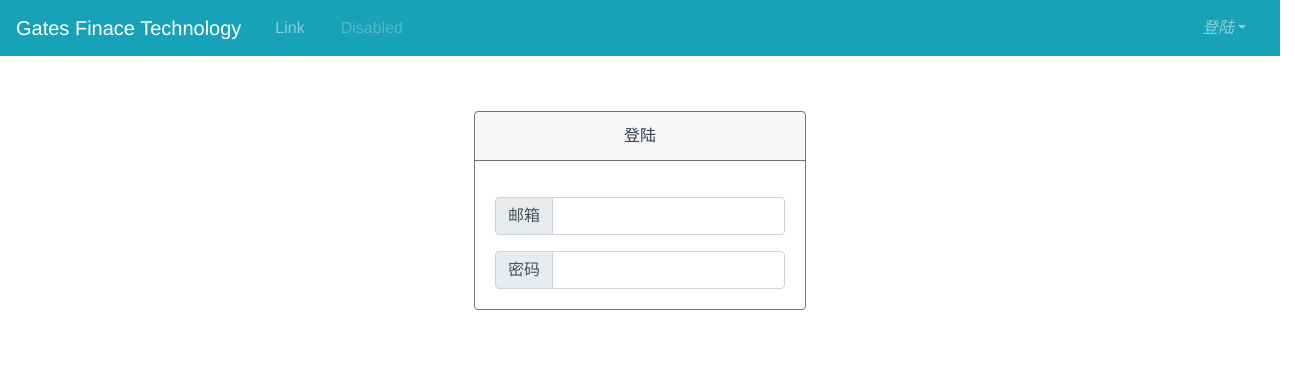
Repository: sqsssq/GatesFinace
Page: /login (app in webview/)
These files come from the project's save history. The page is drawn as it stood at one moment and after the next save; the edit follows.
The browser window is 1280 px wide. The page is 1295 px wide, so the pictures cover 1295 px, including what lies to the right of the window. The pictures show the whole page.
The project was rebuilt for these pictures with package versions that can differ from the ones it lists, and the page was loaded fresh each time. Also part of the build but not shown: webview/src/components/HelloWorld.vue, webview/src/views/Home.vue, webview/src/components/gatesCarousel.vue, webview/src/views/main.vue.

Above is the page before, as saved 2020-11-03 16:59:41.

### webview/public/index.html
<!DOCTYPE html>
<html lang="en">
  <head>
    <meta charset="utf-8">
    <meta http-equiv="X-UA-Compatible" content="IE=edge">
    <meta name="viewport" content="width=device-width,initial-scale=1.0">
    <link rel="icon" href="<%= BASE_URL %>favicon.ico">
    <title><%= htmlWebpackPlugin.options.title %></title>
    <style>
      html, body{ margin:0; height:100%; }
    </style>
  </head>
  <body>
    <noscript>
      <strong>We're sorry but <%= htmlWebpackPlugin.options.title %> doesn't work properly without JavaScript enabled. Please enable it to continue.</strong>
    </noscript>
    <div id="app"></div>
    <!-- built files will be auto injected -->
  </body>
</html>

### webview/src/main.js
import Vue from 'vue'
import App from './App.vue'
import router from './router'
import store from './store'
import ElementUI from 'element-ui'
import 'element-ui/lib/theme-chalk/index.css'
import 'element-ui/lib/theme-chalk/base.css'
import { BootstrapVue, IconsPlugin } from 'bootstrap-vue'
import 'bootstrap/dist/css/bootstrap.css'
import 'bootstrap-vue/dist/bootstrap-vue.css'

Vue.config.productionTip = false
Vue.use(ElementUI);
Vue.use(BootstrapVue);
Vue.use(IconsPlugin);

new Vue({
  router,
  store,
  render: h => h(App)
}).$mount('#app')

### webview/src/App.vue
<template>
  <div id="app">
    <!-- <div id="nav">
      <router-link to="/">Home</router-link> |
      <router-link to="/about">About</router-link>
    </div> -->
    <router-view/>
  </div>
</template>

<style lang="stylus">
#app
  font-family Avenir, Helvetica, Arial, sans-serif
  -webkit-font-smoothing antialiased
  -moz-osx-font-smoothing grayscale
  text-align center
  color #2c3e50
  margin-top 0px
  height 100%
</style>

### webview/src/router/index.js
import Vue from 'vue'
import VueRouter from 'vue-router'
import Home from '../views/Home.vue'
import Main from '../views/main.vue'
import Login from '../views/login.vue'

Vue.use(VueRouter)

const routes = [
  {
    path: '/',
    name: 'Home',
    component: Home
  },
  {
    path: '/about',
    name: 'About',
    // route level code-splitting
    // this generates a separate chunk (about.[hash].js) for this route
    // which is lazy-loaded when the route is visited.
    component: () => import(/* webpackChunkName: "about" */ '../views/About.vue')
  },
  {
    path: '/main',
    name: 'Main',
    component: Main
  },
  {
    path: '/login',
    name: 'Login',
    component: Login
  }
]

const router = new VueRouter({
  mode: 'history',
  base: process.env.BASE_URL,
  routes
})

export default router

### webview/src/views/login.vue
<!--
 * @Author: your name
 * @Date: 2020-11-01 17:40:45
 * @LastEditTime: 2020-11-03 08:31:04
 * @LastEditors: Please set LastEditors
 * @Description: In User Settings Edit
 * @FilePath: \webview\src\views\main.vue
-->
<template>
  <div class="container-fiuled" style="height: 100%;">
    <!-- <img alt="Vue logo" src="../assets/logo.png"> -->
    <!-- <HelloWorld msg="Welcome to Your Vue.js App" style="height:100%"/> -->
    <gatesNavbar />
    <div class="row" style="margin-top: 5px;">
      <div class="col"  style="padding-left: 0px; padding-right: 0px;">
      </div>
      <gatesLogin style="margin-top: 50px;"/>
      <div class="col"  style="padding-left: 0px; padding-right: 0px;">
      </div>
    </div>
  </div>
</template>

<script>
// @ is an alias to /src
import HelloWorld from '@/components/HelloWorld.vue'
import gatesNavbar from '@/components/gatesNavbar.vue'
import gatesLogin from '@/components/gatesLogin.vue'

export default {
  name: 'Home',
  components: {
    gatesNavbar,
    gatesLogin
  }
}
</script>

### webview/src/components/gatesNavbar.vue
<!--
 * @Author: your name
 * @Date: 2020-10-31 09:19:12
 * @LastEditTime: 2020-11-03 08:32:14
 * @LastEditors: Please set LastEditors
 * @Description: In User Settings Edit
 * @FilePath: \webview\src\components\HelloWorld.vue
-->
<template>
  <div>
    <b-navbar
      toggleable="lg"
      type="dark"
      variant="info"
    >
      <b-navbar-brand href="/main">Gates Finace Technology</b-navbar-brand>

      <b-navbar-toggle target="nav-collapse"></b-navbar-toggle>

      <b-collapse
        id="nav-collapse"
        is-nav
      >
        <b-navbar-nav>
          <b-nav-item href="#">Link</b-nav-item>
          <b-nav-item
            href="#"
            disabled
          >Disabled</b-nav-item>
        </b-navbar-nav>

        <!-- Right aligned nav items -->
        <b-navbar-nav class="ml-auto">
          <!-- <b-nav-form style="padding-top: 2px">
            <b-form-input
              size="sm"
              class="mr-sm-2"
              placeholder="Search"
            ></b-form-input>
            <b-button
              size="sm"
              class="my-2 my-sm-0"
              type="submit"
            >Search</b-button>
          </b-nav-form> -->

          <!-- <b-nav-item-dropdown text="Lang" right>
          <b-dropdown-item href="#">EN</b-dropdown-item>
          <b-dropdown-item href="#">ES</b-dropdown-item>
          <b-dropdown-item href="#">RU</b-dropdown-item>
          <b-dropdown-item href="#">FA</b-dropdown-item>
        </b-nav-item-dropdown> -->

          <b-nav-item-dropdown right>
            <!-- Using 'button-content' slot -->
            <template #button-content>
              <em>{{username == '' ? '登陆' : username}}</em>
            </template>
            <b-dropdown-item href="/login">登陆</b-dropdown-item>
            <b-dropdown-item href="#">注册</b-dropdown-item>
            <b-dropdown-item href="#">登出</b-dropdown-item>
          </b-nav-item-dropdown>
        </b-navbar-nav>
      </b-collapse>
    </b-navbar>
  </div>
</template>

<script>
import axios from 'axios';
export default {
  name: 'gatesNavbar',
  // props: {
  //   msg: String
  // }
  data () {
    return {
      username: ''
    }
  },
  methods: {
  },
  created () {
    // console.log(2);
    // this.getmsg();
  },
  mounted () {

    // this.createLogo();
  }
}
</script>

<!-- Add "scoped" attribute to limit CSS to this component only -->
<style scoped lang="stylus">
h3 {
  letter-spacing: 3px;
  color: #fff;
  font-weight: 500;
  margin-bottom: 10px;
  margin-top: 10px;
  font-size: 15px;
}

h2 {
  margin-top: 10px;
  color: #fff;
  letter-spacing: 10px;
  // font-size: 40px
  font-size: 20px;
}

ul {
  list-style-type: none;
  padding: 0;
}

li {
  display: inline-block;
  margin: 0 10px;
}

a {
  color: #42b983;
}
</style>

### webview/src/components/gatesLogin.vue
<!--
 * @Author: your name
 * @Date: 2020-10-31 09:19:12
 * @LastEditTime: 2020-11-03 08:32:14
 * @LastEditors: Please set LastEditors
 * @Description: In User Settings Edit
 * @FilePath: \webview\src\components\HelloWorld.vue
-->
<template>
  <div>
    <b-card
      border-variant="secondary"
      header="登陆"
      header-border-variant="secondary"
      align="center"
    >
      <!-- <b-card-text>Lorem ipsum dolor sit amet, consectetur adipiscing elit.</b-card-text> -->
      <b-input-group
        prepend="邮箱"
        class="mt-3"
      >
        <b-form-input></b-form-input>
      </b-input-group>
      <b-input-group
        prepend="密码"
        class="mt-3"
      >
        <b-form-input></b-form-input>
      </b-input-group>
    </b-card>

  </div>
</template>

<script>
import axios from 'axios';
export default {
  name: 'gatesLogin',
  // props: {
  //   msg: String
  // }
  data () {
    return {
      username: ''
    }
  },
  methods: {
  },
  created () {
    // console.log(2);
    // this.getmsg();
  },
  mounted () {

    // this.createLogo();
  }
}
</script>

<!-- Add "scoped" attribute to limit CSS to this component only -->
<style scoped lang="stylus"></style>

Loaded but not shown: webview/src/store/index.js (common file)

After the next save:
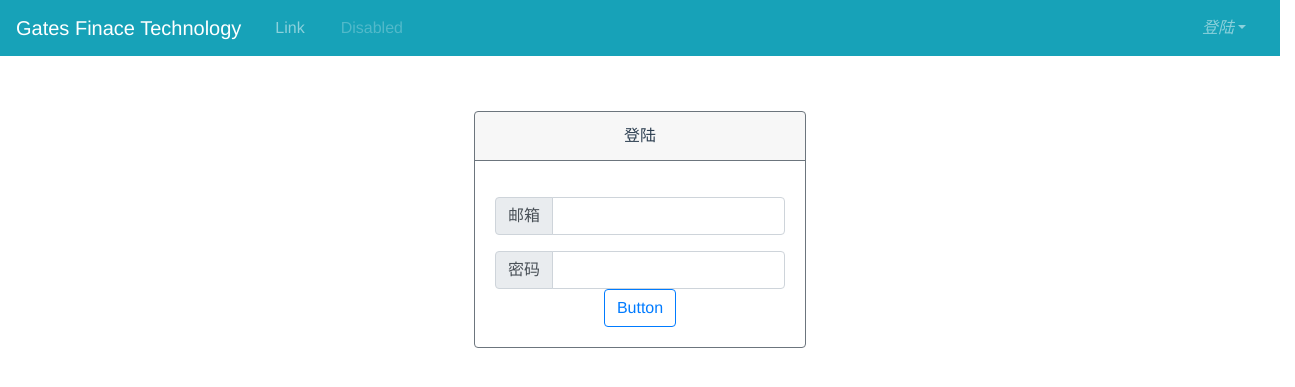
Saved 82 s later.
--- a/webview/src/components/gatesLogin.vue
+++ b/webview/src/components/gatesLogin.vue
@@ -27,6 +27,7 @@
       >
         <b-form-input></b-form-input>
       </b-input-group>
+      <b-button variant="outline-primary">Button</b-button>
     </b-card>
 
   </div>
@@ -41,7 +42,8 @@ export default {
   // }
   data () {
     return {
-      username: ''
+      username: '',
+      passwoed: ''
     }
   },
   methods: {
